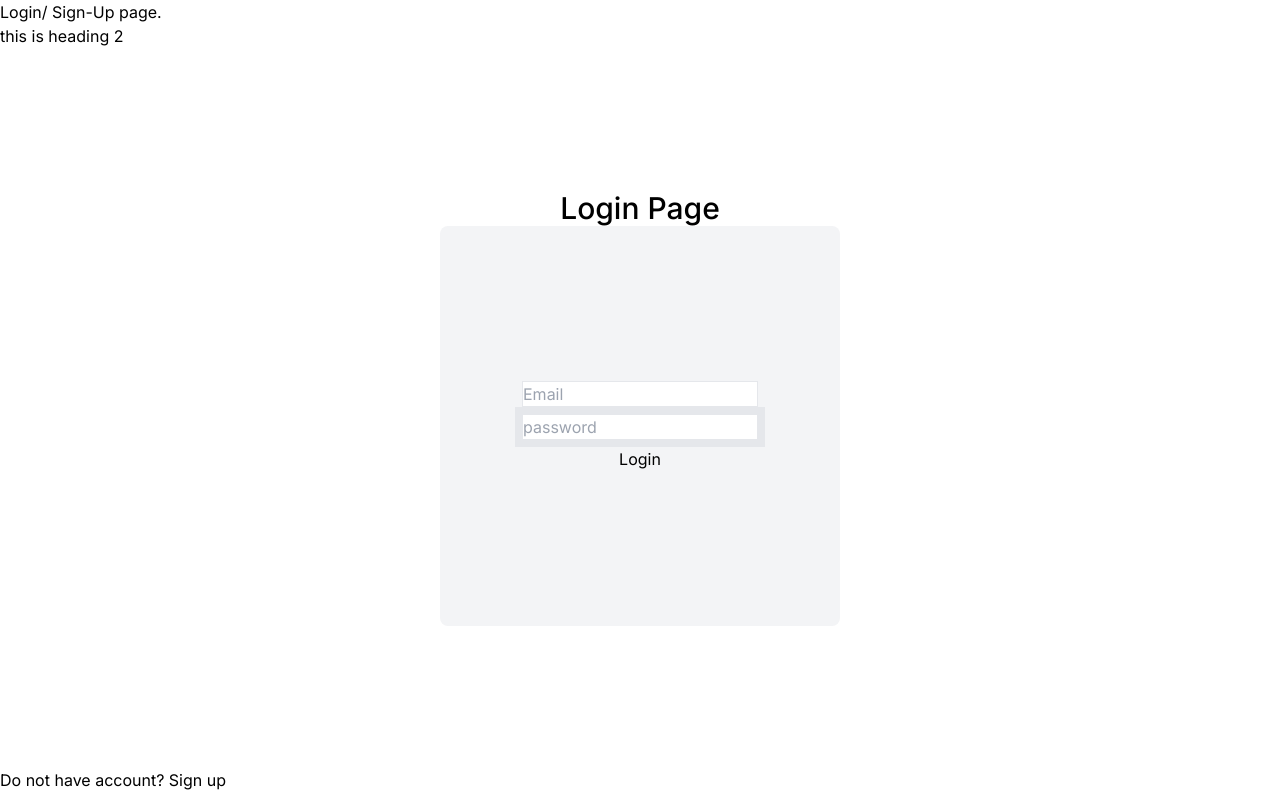
Repository: its-kundan/food-on-time
Page: /restaurant
An editor plug-in stored every save of this project. The page is shown before and after the next save, followed by the edit.
The browser window is 1280 px wide. The pictures show the whole page.
The project was rebuilt for these pictures with package versions that can differ from the ones it lists, and the page was loaded fresh each time. The framework's server and built-in components were replaced by stand-ins that run in the browser. Also part of the build but not shown: next.config.mjs, src/app/_components/SignUp.jsx.

Above is the page before, as saved 2024-07-24 23:41:41.

After the next save:
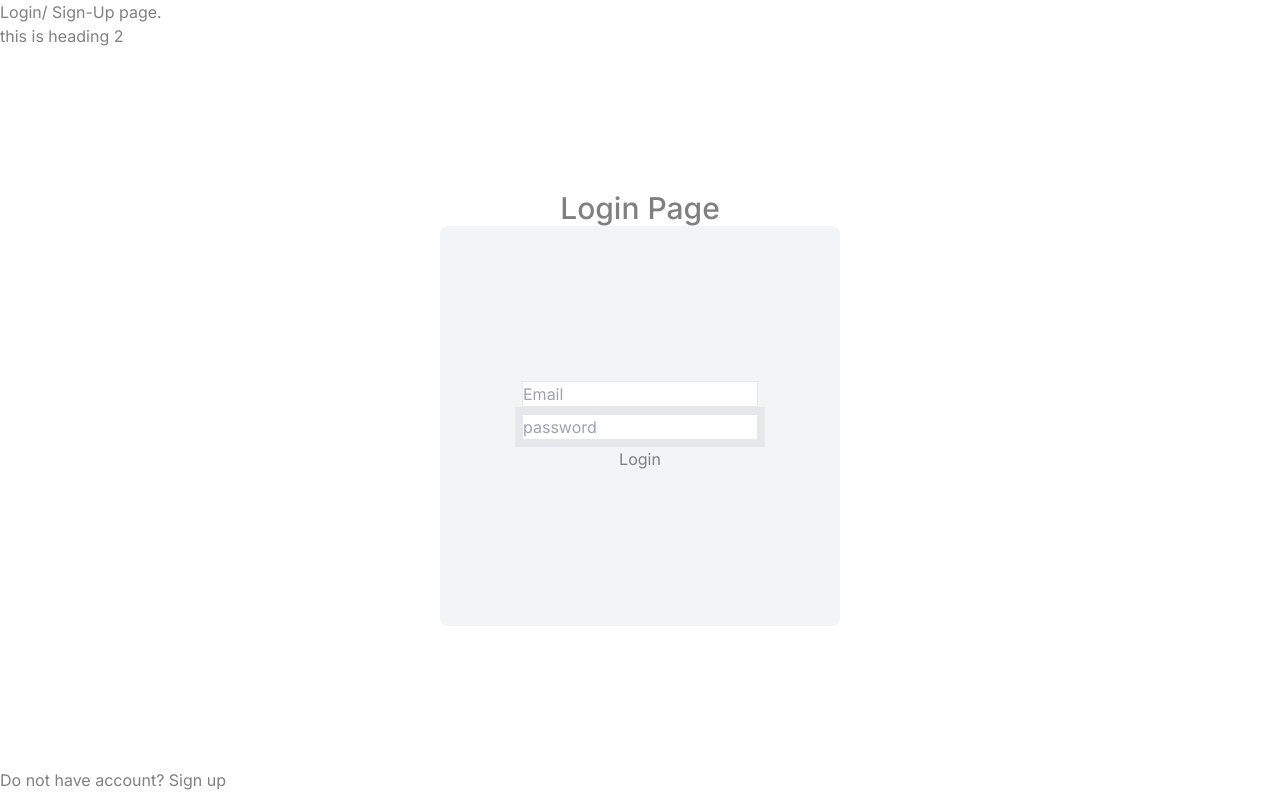
Saved 10 s later.
--- a/src/app/globals.css
+++ b/src/app/globals.css
@@ -2,7 +2,7 @@
 @tailwind components;
 @tailwind utilities;
 body{
-
+  color: grey;
 }
 /*
 :root {
